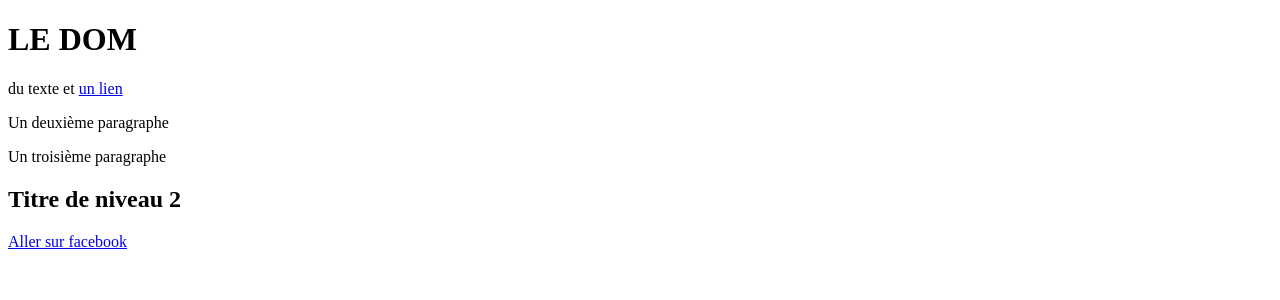
Repository: serviceshuios/Git-Aix-Web
Page: avance-html-css-js/WebContent/index.html
An editor plug-in stored every save of this project. The page is shown before and after the next save, followed by the edit.
The browser window is 1280 px wide. The pictures show the whole page.

Above is the page before, as saved 2018-10-24 10:42:31.

After the next save:
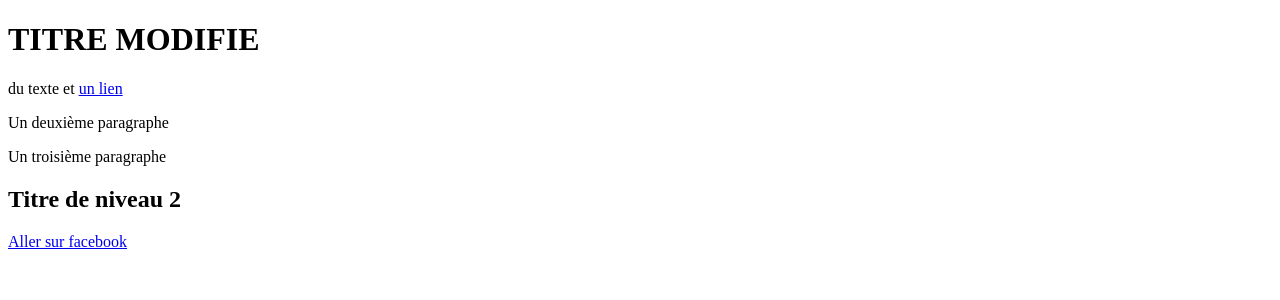
Saved 40 s later.
--- a/avance-html-css-js/WebContent/js/modification.js
+++ b/avance-html-css-js/WebContent/js/modification.js
@@ -4,3 +4,4 @@
 //1- trouver l'élement à modifier
 var titre = document.getElementById("gros_titre");
 //2- appliquer la modification
+titre.innerHTML="TITRE MODIFIE";
